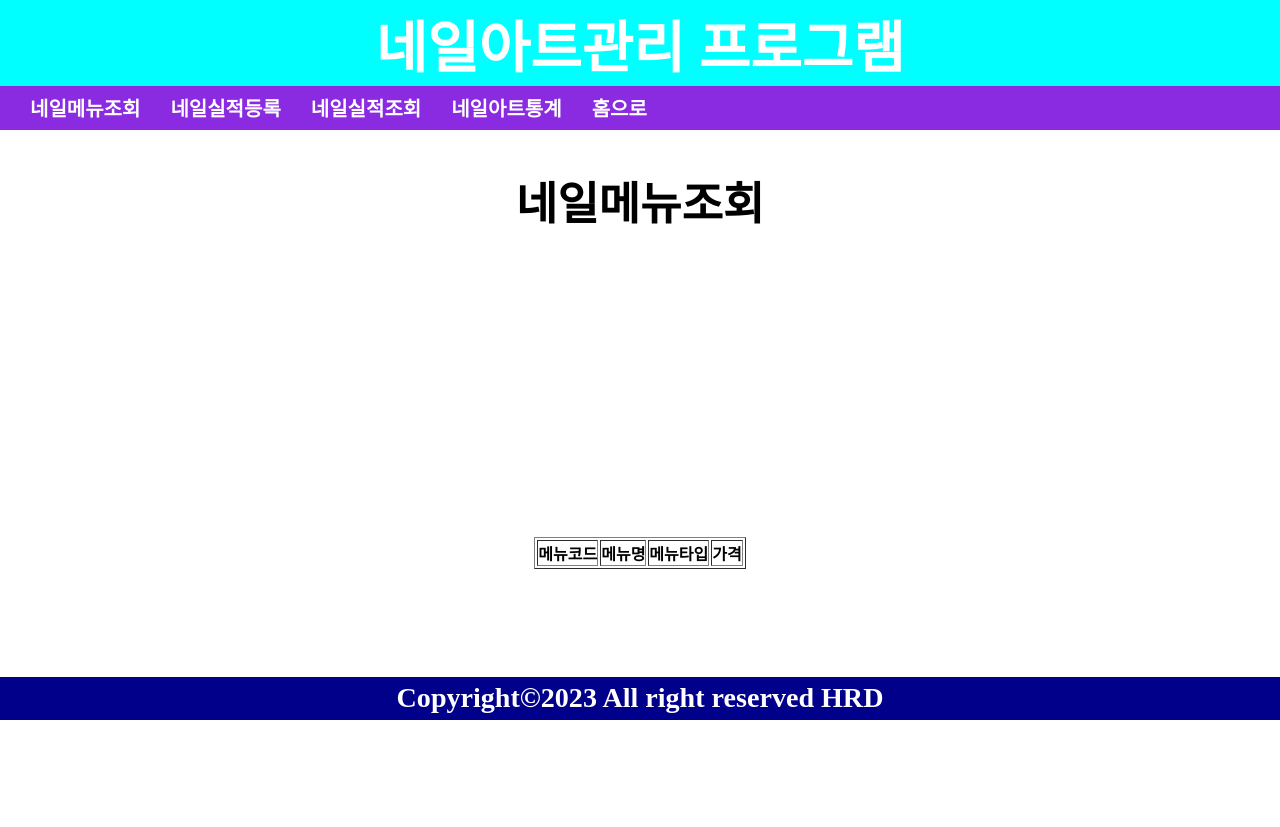
Repository: balhyo-younjisang/DigitechJSP
Page: http://localhost/NailArt/menu.jsp
The author's editor kept a copy of each file at every save. The page is drawn from the files as they stood at one save, then again after the next save.
The browser window is 1280 px wide. The pictures show the whole page.
The page is served by Tomcat 9. Queries for data that is not in the repository find no rows.

Above is the page before, as saved 2025-04-14 08:44:35.

After the next save:
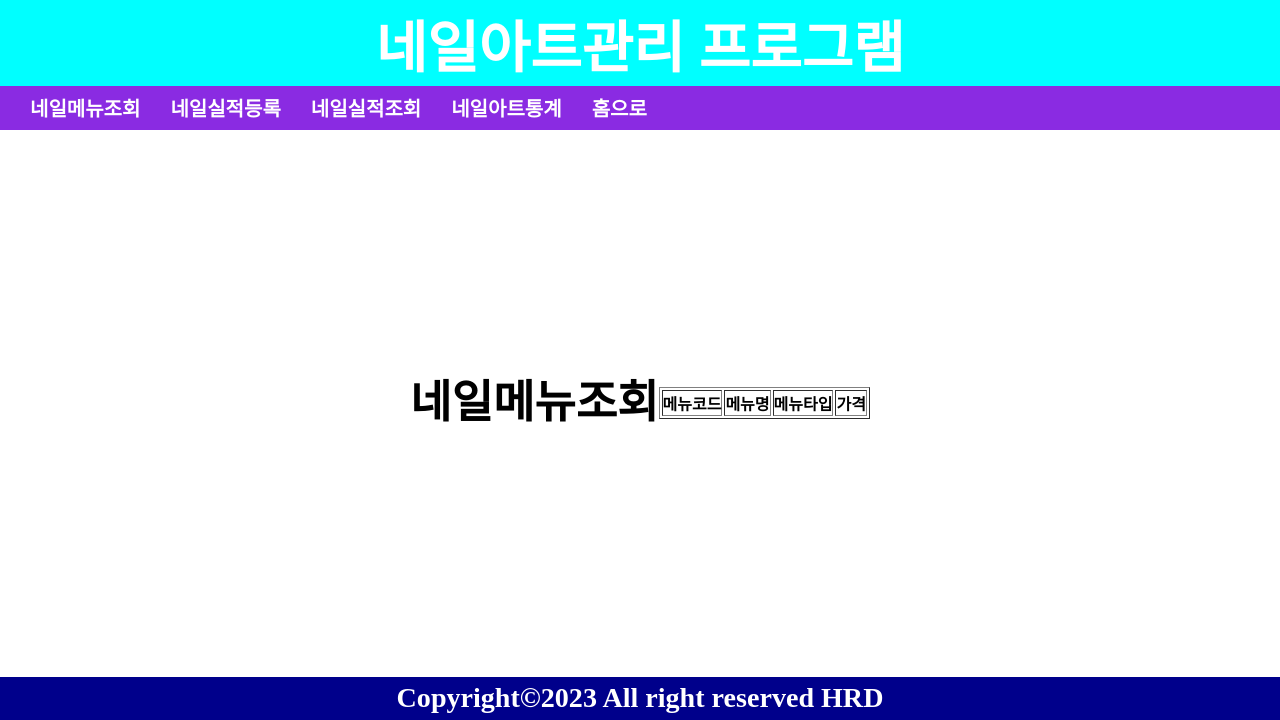
Saved 12 s later.
--- a/pizza0403/NailArt/src/main/webapp/css/style.css
+++ b/pizza0403/NailArt/src/main/webapp/css/style.css
@@ -68,7 +68,7 @@ main .content p {
 	line-height: 30px;
 }
 
-main .content {
+main {
 	width: 100vw;
 	height: calc(100vh - 18vh - 6vh);
 	display: flex;
